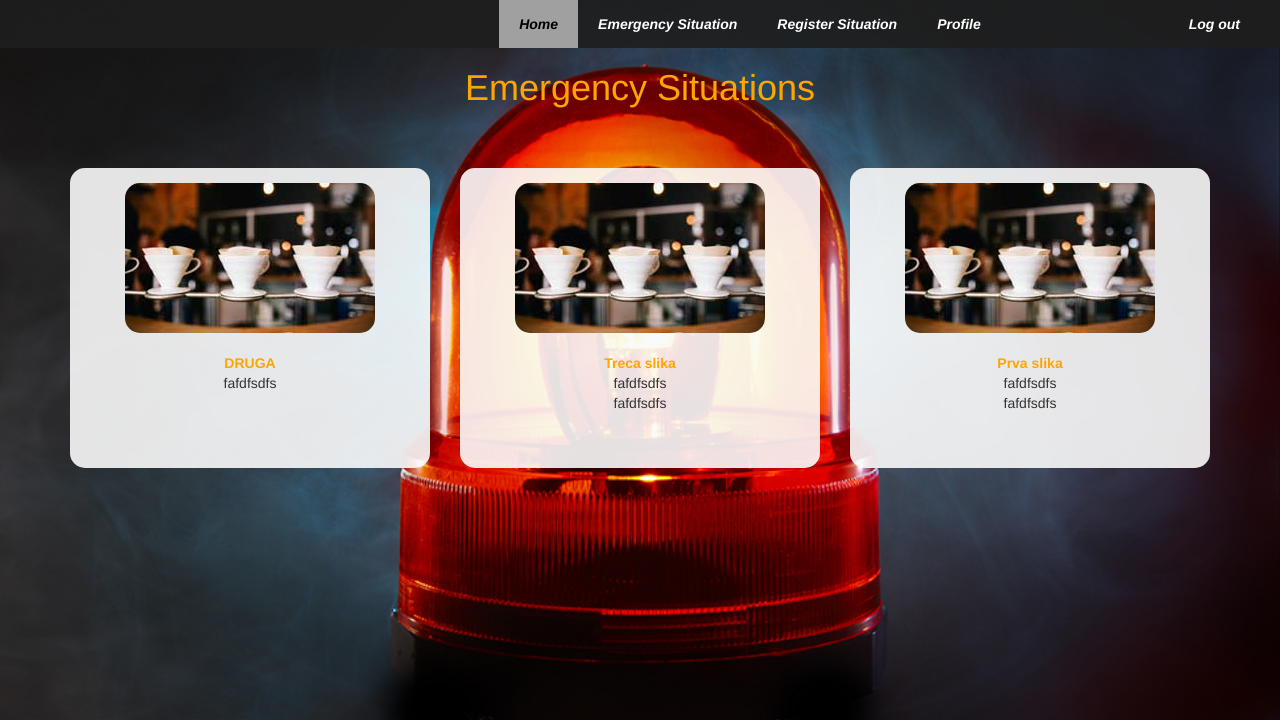
Repository: majamiljic/WebProgramming
Page: emergencySituations/WebContent/situations.html
The author's editor kept a copy of each file at every save. The page is drawn from the files as they stood at one save, then again after the next save.
The browser window is 1280 px wide. The pictures show the whole page.

Above is the page before, as saved 2018-01-26 15:16:05.

After the next save:
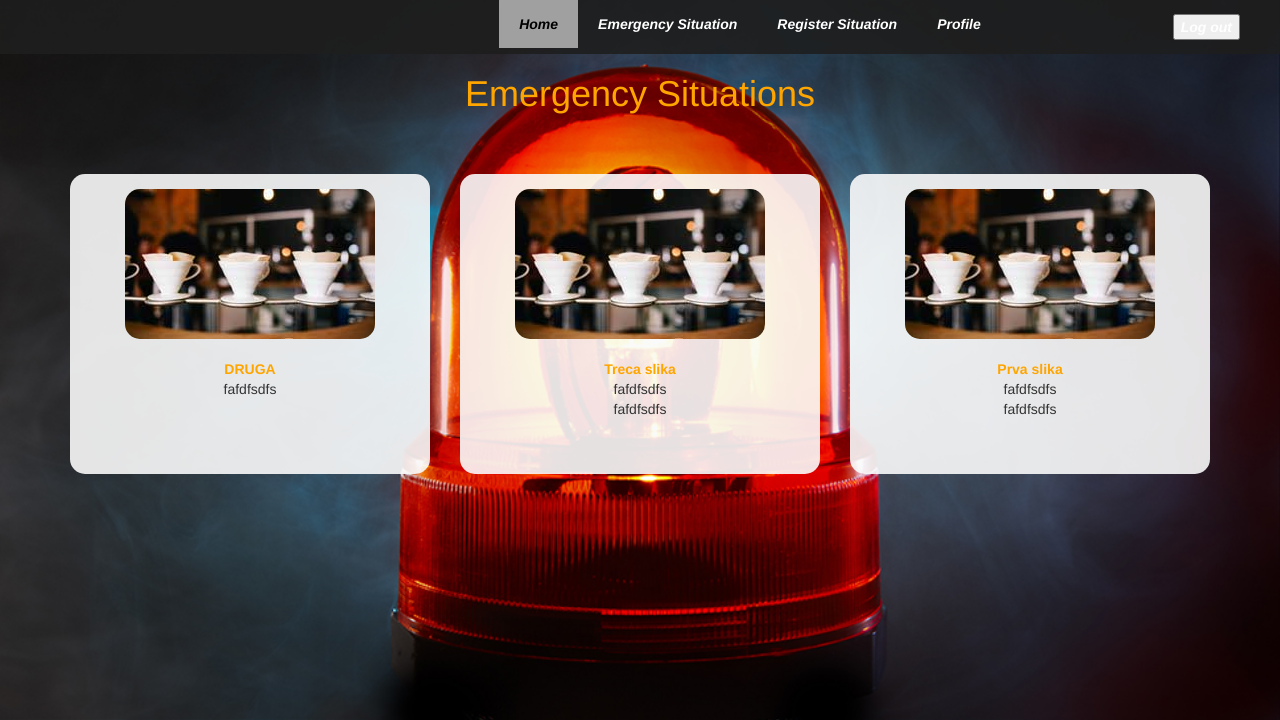
Saved 29 s later.
--- a/emergencySituations/WebContent/situations.html
+++ b/emergencySituations/WebContent/situations.html
@@ -14,7 +14,9 @@
             <li><a href="registerSituation.html">Register Situation</a></li>
             <li><a href="profile.html">Profile</a></li>
             <li style="float: right; margin-right: 20px;">
-				<a href="">Log out</a>
+				<a href="">
+					<button type="submit" onclick="logout()">Log out</button>
+				</a>
 			</li>
         </ul>
 
